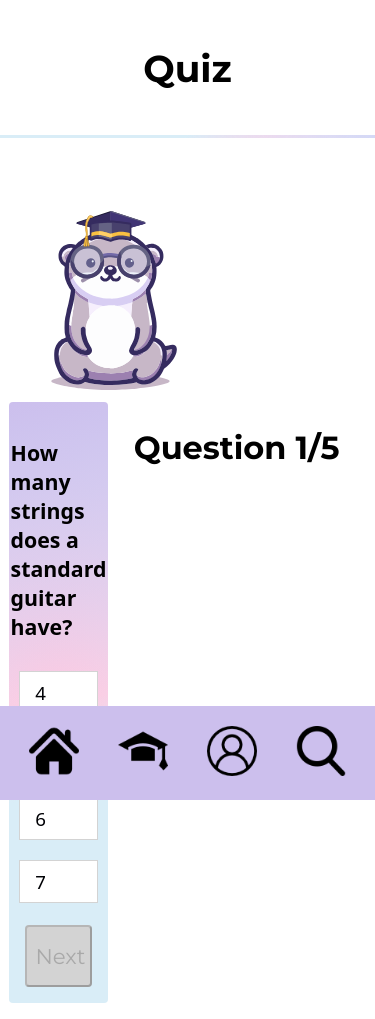
Repository: 1medi/pocketprof
Page: /quiz/page
An editor plug-in stored every save of this project. The page is shown before and after the next save, followed by the edit.
The browser window is 375 px wide. The pictures show the whole page.
The project was rebuilt for these pictures with package versions that can differ from the ones it lists, and the page was loaded fresh each time. The framework's server and built-in components were replaced by stand-ins that run in the browser. Also part of the build but not shown: next.config.mjs, Components/Buttons/Oscar/Oscar.module.css, Components/Buttons/Oscar/index.js.

Above is the page before, as saved 2024-04-13 23:09:12.

### pages/quiz/page.jsx
'use client';
import React, { useState, useRef, useEffect } from 'react';
import { quiz } from "../data"
import styles from "./page.module.css"
import { Montserrat } from "next/font/google"
import Header from '@/Components/Header';
import NavBar from "@/Components/Navbar"
import Image from 'next/image';


const notoSans = Montserrat({
  subsets: ['latin'],
});

export default function Page() {
  const [activeQuestion, setActiveQuestion] = useState(0);
  const [selectedAnswer, setSelectedAnswer] = useState('');
  const [checked, setChecked] = useState(false);
  const [selectedAnswerIndex, setSelectedAnswerIndex] = useState(null);
  const [showResult, setShowResult] = useState(false);
  const [result, setResult] = useState({
    score: 0,
    correctAnswers: 0,
    wrongAnswers: 0,
  });

  const nextButtonRef = useRef(null);

  const { questions } = quiz;
  const { answers, correctAnswer } = questions[activeQuestion];

  const onAnswerSelected = (answer, idx, event = null) => {
    if (event && event.type === 'keydown' && (event.key !== 'Enter' && event.key !== ' ')) {
      return;
    }
    setChecked(true);
    setSelectedAnswerIndex(idx);
    if (answer === correctAnswer) {
      setSelectedAnswer(true);
      console.log('true');
    } else {
      setSelectedAnswer(false);
      console.log('false');
    }
  };


  useEffect(() => {
    if (checked && nextButtonRef.current) {
      nextButtonRef.current.focus();
    }
  }, [checked]);

  const nextQuestion = () => {
    setSelectedAnswerIndex(null);
    setResult((prev) =>
      selectedAnswer
        ? {
            ...prev,
            score: prev.score + 5,
            correctAnswers: prev.correctAnswers + 1,
          }
        : {...prev,
            wrongAnswers: prev.wrongAnswers + 1,
          }
    );
    if (activeQuestion !== questions.length - 1) {
      setActiveQuestion((prev) => prev + 1);
    } else {
      setActiveQuestion(0);
      setShowResult(true);
    }
    setChecked(false);
  };

  return (
    <>
    <Header name="Quiz"/>
      <div className={`${styles.container}`}>
      <div>
      <div className={styles.oscarBox}>
    <Image
      priority
      src="/img/oscar/oscar-main.svg"
      width="200"
      height="200"
      alt="oscar"
      className={styles.oscar}
    />

      {!showResult && (
        <h2 className={styles.activeQ}>
          Question {activeQuestion + 1}
          <span>/{questions.length}</span>
        </h2>
      )}
    </div>
    </div>
      <div>
        {!showResult ? (
          <div className={styles.quizContainer}>
            <h3 className={styles.question}>{questions[activeQuestion].question}</h3>
            {answers.map((answer, idx) => (
              <li
                key={idx}
                onClick={() => onAnswerSelected(answer, idx)}
                onKeyDown={(event) => onAnswerSelected(answer, idx, event)}
                className={`${styles.answerList} ${selectedAnswerIndex === idx ? styles.itemSelected : styles.itemHover}`}
                tabIndex={0}>
                <span>{answer}</span>
              </li>
            ))}

            <button
              ref={nextButtonRef}
              onClick={nextQuestion}
              className={checked ? styles.btn : styles.btnDisabled}
              tabIndex={2}
              disabled={!checked}>
              {activeQuestion === questions.length - 1 ? 'Finish' : 'Next'}
            </button>
          </div>
        ) : (
          <div className={styles.quizContainer}>
            <div className={styles.result}><h3 className={styles.hthree}>Results</h3></div>
            <div><h2 className={styles.htwo}>Overall {(result.score / (questions.length * 5)) * 100}%</h2></div>
            <div className={styles.resultBox}>
              <p className={styles.paragraph}>
              Total Questions: <span>{questions.length}</span>
            </p>
            <p className={styles.paragraph}>
              Total Score: <span>{result.score}</span>
            </p>
            <p className={styles.paragraph}>
              Correct Answers: <span>{result.correctAnswers}</span>
            </p>
            <p className={styles.paragraph}>
              Wrong Answers: <span>{result.wrongAnswers}</span>
            </p>
            </div>
            <button className={styles.btn} onClick={() => window.location.reload()}>Restart</button>
          </div>
        )}
      </div>
      </div>
    <NavBar/>
    </>

  );
};

### styles/globals.css
:root {
background-color: white;
align-content: center;
--main-color-purple: #53239B;
--main-color-lightpurple: #CCBFED;
--secondary-color-blue: #9AB7F9;
--secondary-color-lightblue: #CCE3FB;

--font-header: 34pt ;
--font-section-header: 28pt;
--font-sub-header: 24pt;
--font-button: 16pt;
--font-body: 16pt;
--font-secondary: 14pt;
--font-tertiary:12pt;

--headings: "Montserrat", "sans-serif";;
--body-text: "Noto Sans", sans-serif;

}


* {
    padding: 0;
    margin: 0;
  }

  ol,
  ul {
    list-style: none;
  }

### pages/data.js
export const quiz = {
    totalQuestions: 5,
    questions: [
      {
        id: 1,
        question: 'How many strings does a standard guitar have?',
        answers: ['4', '5', '6', '7'],
        correctAnswer: '6',
      },
      {
        id: 2,
        question: 'Which part of the guitar do you strum or pluck the strings with?',
        answers: ['Headstock', 'Fretboard', 'Body', 'Bridge'],
        correctAnswer: 'Body',
      },
      {
        id: 3,
        question: 'What is a pick used for in playing the guitar?',
        answers: ['Holding the strings down', 'Strumming or plucking the strings', 'Keeping the guitar in tune', 'San Marino'],
        correctAnswer: 'Strumming or plucking the strings',
      },
      {
        id: 4,
        question: 'What is the name of the thickest string on the guitar?',
        answers: ['A string', 'E string', 'D string', 'G string'],
        correctAnswer: 'E string',
      },
      {
        id: 5,
        question: 'Where do you place your fingers to play different notes on the guitar?',
        answers: ['On the body', 'On the headstock', 'On the strings over the fretboard', 'On the tuning pegs'],
        correctAnswer: 'On the strings over the fretboard',
      },
    ],
  };

### pages/quiz/page.module.css

@media only screen and (max-width:431px) {
  .container{
  padding: 1rem 0;
  background-color: white;
  width: 95%;
  margin: auto;
  margin-top: 3rem;
  border-radius: 10px;
  font-size: var(--font-body);

}

.activeQ{
  color: black;
  text-align: center;
  padding:10px;
  font-family: var(--headings);
}

.question{
  font-family: var(--body-text);
  font-size: var(--font-body);
  margin: 20px 10px;

}

.htwo {
  padding-bottom: 2rem;
  color: #000105;
  font-family: var(--headings);
  font-size: var(--font-sub-header);
}

.hthree {
  padding-bottom: 2rem;
  color: #000105;
  font-family: var(--headings);
  font-size: var(--font-sub-header);
  text-align: left;
}

.result{
  left:0;
  width:100%;
  border-bottom: 0.5px solid black;
  height: 40px;
  margin-bottom: 3rem;
}

.btn {
  padding: 16px 8px;
  width: 100%;
  margin-top: 12px;
  font-size: var(--font-button);
  border-radius: 5px;
  cursor: pointer;
  background-color: var(--main-color-purple);
  color: white;
  font-family: var(--headings);
  align-self: center;
}

.btnDisabled {
  background-color: lightgray;
  padding: 16px 8px;
  width: 100%;
  margin-top: 12px;
  font-size: var(--font-button);
  border-radius: 4px;
  color: darkgray;
  font-family: var(--headings);
}

.answerList {
  list-style-type: none;
  cursor: pointer;
  margin: 10px 50px;
  padding: 8px 15px;
  color: #000105;
  border: 1.5px solid lightgray;
  background-color: white;
  font-family: var(--body-text);
  font-size: var(--font-secondary);
  width: 70%;
}

.activeQ{
  margin: 1rem;
  float:right;
}

.itemHover:hover {
  background-color: #CCBFED;
  columns: #fff;
}

.itemSelected {
  color: #474747;
  background-color:#8E71D5;
}

.quizContainer {
  background: linear-gradient(-10deg, #d9edf7 35%, rgba(237, 202, 216, 0) 50%, var(--main-color-lightpurple)), radial-gradient(circle, #ffcae1 0, #daeafc 100%);
  padding: 1rem;
  margin-top: 2rem;
  border-radius: 4px;
  display: flex;
  flex-direction: column;
  justify-content: center;
  align-items: center;

}

.paragraph {
  padding: 8px 0;
  font-size: var(--font-body);
  font-family: var(--body-text);
  margin: 10px;
  padding: 8px 50px 8px 10px;
  color: #000105;
  border-bottom: 1.5px solid lightgray;
  background-color: white;
  text-align: left;
}

.resultBox{
  background-color: white;
  padding: 2rem;
  width: fit-content;
  display: flex;
  flex-direction: column;
  align-self: center;
  border-radius: 10px;
  margin-bottom: 2rem;
}

.oscar{
  float:left;
}

.oscarBox{

}

}

### Components/Header/index.js
import styles from "@/Components/Header/Header.module.css"
import Link from "next/link"

export default function Header({name}){
  return (
    <>
    <header className={styles.header}>

      <h1 className={styles.headerTitle}>{name}</h1>
    </header>
    </>
  )
}

### Components/Navbar/index.js
import styles from "./Navbar.module.css"
import Oscar from "@/Components/Buttons/Oscar"
import Link from "next/link"
import Home from "@/public/img/home-icon-silhouette.png"
import Image from "next/image"
import Learn from "@/public/img/learn.png"
import Profile from "@/public/img/navuser.png"
import Search from "@/public/img/search.png"

export default function NavBar() {
  return (
    <nav className={styles.nav}>
      <div className={styles.navContainer}>
        <ul className={styles.navOptions}>
          <li className={styles.navLink}>
            <Link href={'/'} className={styles.navText}>
              <Image
              className={styles.image}
              src={Home}
              width={50}
              height={50}
              />
            </Link>
          </li>
          <li className={styles.navLink}>
            <Link href={'/Courses'} className={styles.navText}>
              <Image
              className={styles.image}
              src={Learn}
              width={50}
              height={50}
              />
            </Link>
          </li>
          <li className={styles.navLink}>
            <Link href={'/Profile'} className={styles.navText}>
              <Image
              className={styles.image}
              src={Profile}
              width={50}
              height={50}
              />
            </Link>
          </li>
          <li className={styles.navLink}>
            <Link href={'/QuizPage'} className={styles.navText}>
              <Image
              className={styles.image}
              src={Search}
              width={50}
              height={50}
              />

            </Link>
          </li>
        </ul>
      </div>
    </nav>
  )
}

### Components/Header/Header.module.css
.header{
  max-height: 400;
  height: 6em;
  position: relative;
  padding: 1.3rem;
  backdrop-filter: blur(10px);
  }

  .header::before {
    content: "";
    position: absolute;
    inset: 0;
    border-bottom: 3px solid transparent;
    background: linear-gradient(140deg,  #d9edf7 35%, rgba(237, 202, 216, 0) 50%, var(--main-color-lightpurple)), radial-gradient(circle, #ffcae1 0, #daeafc 100%) border-box;
    mask: linear-gradient(#fff 0 0) padding-box, linear-gradient(#fff 0 0);
    mask-composite: exclude;
  }


.headerTitle{
  text-align: center;
  margin:auto;
  display: flex;
  justify-content: center;
  color: black;
  padding-top: 25px;
  font-family: var(--headings);
  font-size: var(--font-section-header);
}

### Components/Navbar/Navbar.module.css
@media only screen and (max-width:430px) {
  .nav {
  position: fixed;
  bottom: 0;
  left: 0;
  width: 100%;
  display: flex;
  flex-direction: row;
  background-color:var(--main-color-lightpurple);
  justify-content: space-around;
}

.navContainer{
  position: relative;
  justify-content: space-around;
  width: 100%;
}
.buttonContainer{
  padding:10px;

}

.navOptions{
  display: flex;
  flex-direction: row;
  text-align: center;
  justify-content: space-around;
  padding: 10px;
  text-decoration: none;
}

.navLink{
  padding: 10px;
  border-radius: 10px;
  text-decoration: none;
  list-style: none;
  position: relative;
  justify-content: center;
}

.image:hover{
  background-color: #8b82a4;
}

.navText{
  text-decoration: none;
  list-style: none;
  color:black;
}

.navText:visited{
  text-decoration: none;
  list-style: none;
  color: black;
}

.oscar{
  position:relative
}
}

Loaded but not shown: pages/_app.js (common file); pages/_document.js (common file)

After the next save:
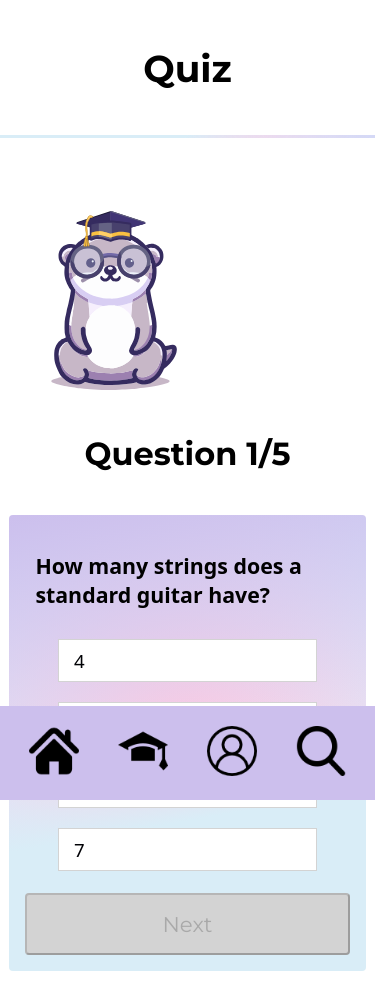
Saved 11 s later.
--- a/pages/quiz/page.module.css
+++ b/pages/quiz/page.module.css
@@ -16,6 +16,7 @@
   text-align: center;
   padding:10px;
   font-family: var(--headings);
+
 }
 
 .question{
@@ -87,7 +88,6 @@
 
 .activeQ{
   margin: 1rem;
-  float:right;
 }
 
 .itemHover:hover {
@@ -136,7 +136,7 @@
 }
 
 .oscar{
-  float:left;
+
 }
 
 .oscarBox{
